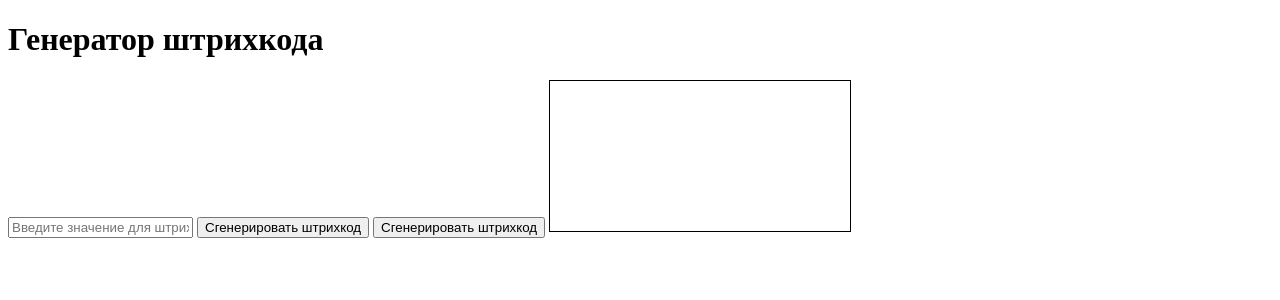
Repository: PavelBokun/barCode
Page: barcode2.html
These files come from the project's save history. The page is drawn as it stood at one moment and after a run of saves; the edit follows.
The browser window is 1280 px wide. The pictures show the whole page.

Above is the page before, as saved 2024-09-04 15:27:11.

After the next 3 saves:
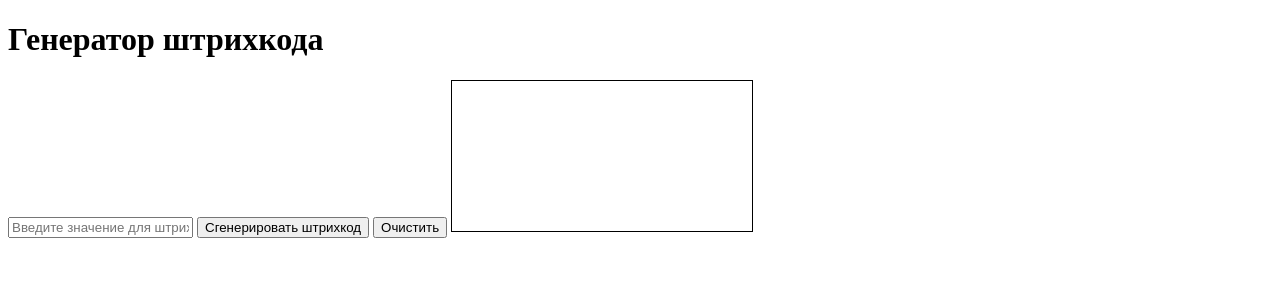
The 3 saves are shown as one change because they came seconds apart.
The last was saved 14 s later.
--- a/barcode2.html
+++ b/barcode2.html
@@ -11,7 +11,7 @@
 <h1>Генератор штрихкода</h1>
 <input type="text" id="barcodeValue" placeholder="Введите значение для штрихкода">
 <button onclick="generateBarcode()">Сгенерировать штрихкод</button>
-<button onclick="clearBarcode()">Сгенерировать штрихкод</button>
+<button onclick="clearBarcode()">Очистить</button>
 
 <canvas id="barcode" style="border: 1px solid black;"></canvas>
 
